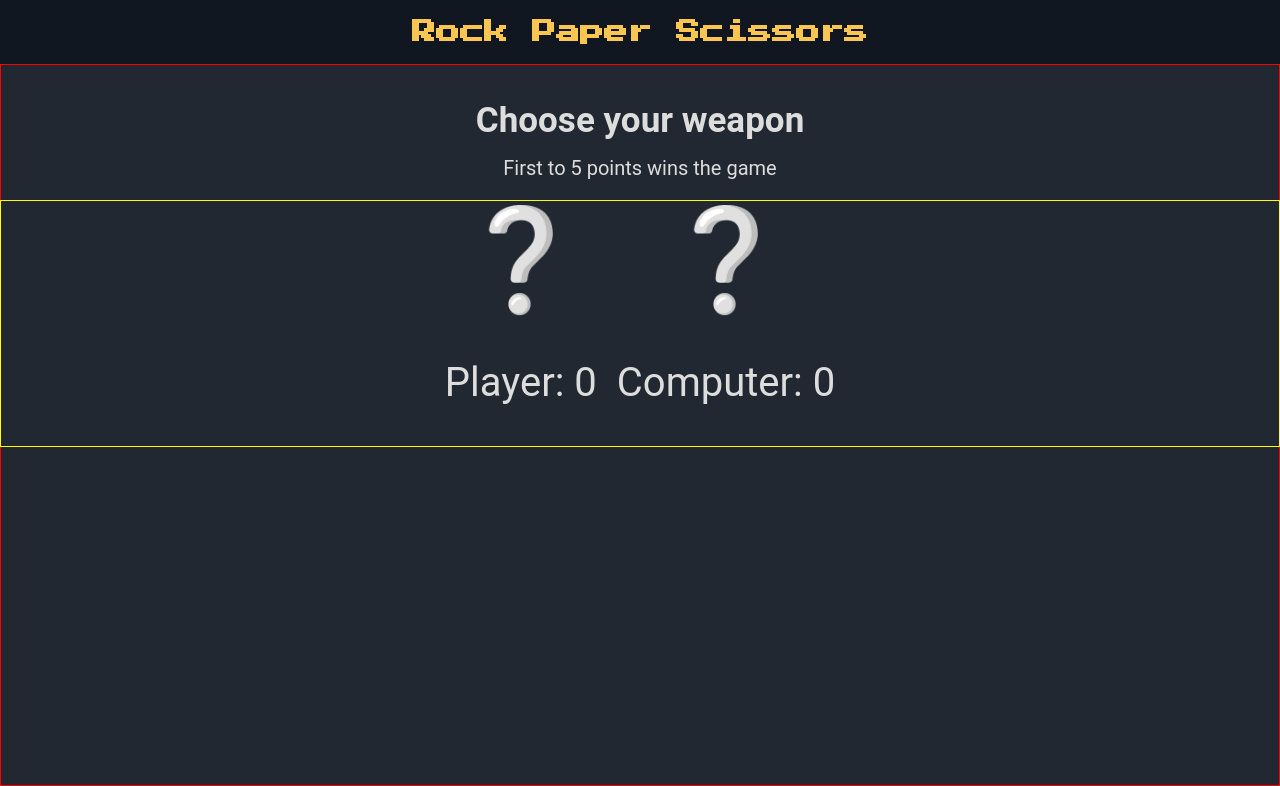
Repository: Aaryan-Poria/Rock-Paper-Scissors
Page: index.html
The author's editor kept a copy of each file at every save. The page is drawn from the files as they stood at one save, then again after the next save.
The browser window is 1280 px wide. The pictures show the whole page.

Above is the page before, as saved 2023-08-22 22:57:58.

After the next save:
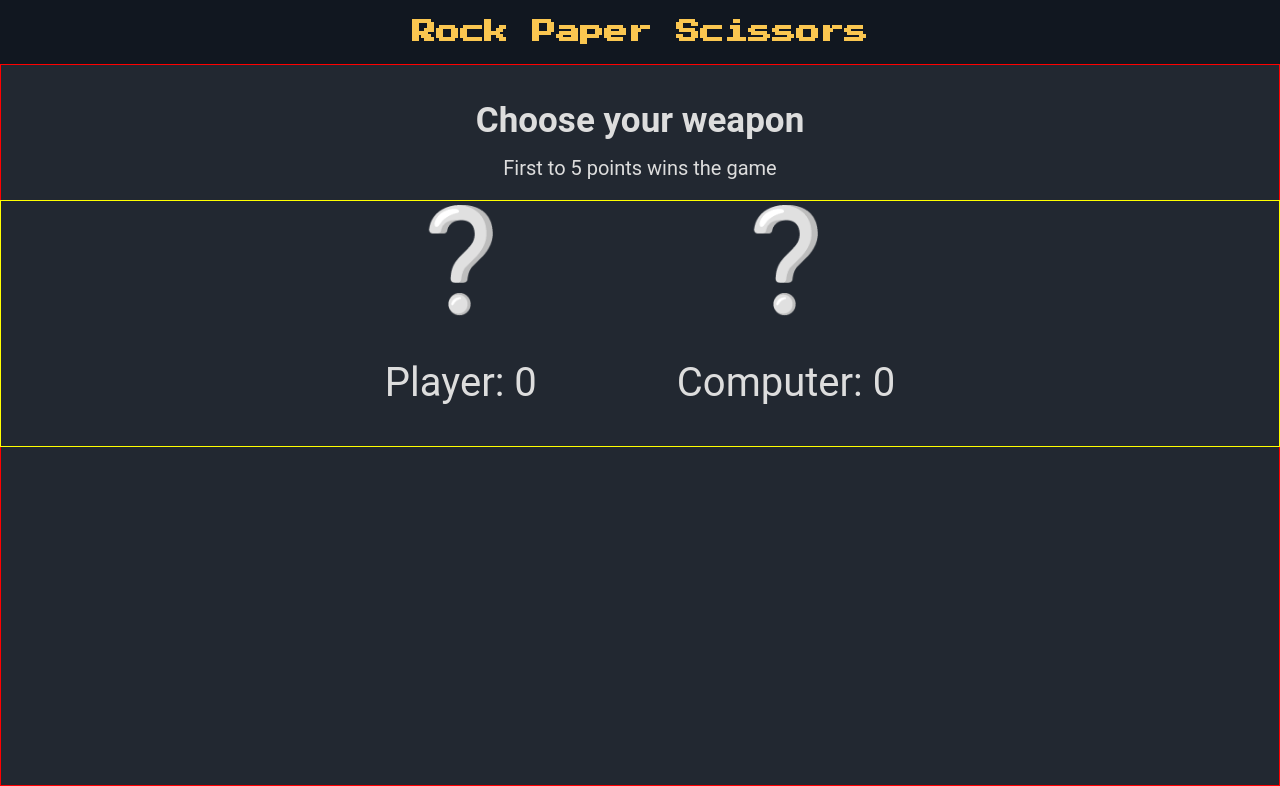
Saved 79 s later.
--- a/style.css
+++ b/style.css
@@ -48,7 +48,7 @@ body {
   font-size: 40px;
   justify-content: center;
   align-items: center;
-  gap: 20px;
+  gap: 140px;
 }
 .info {
   display: flex;
